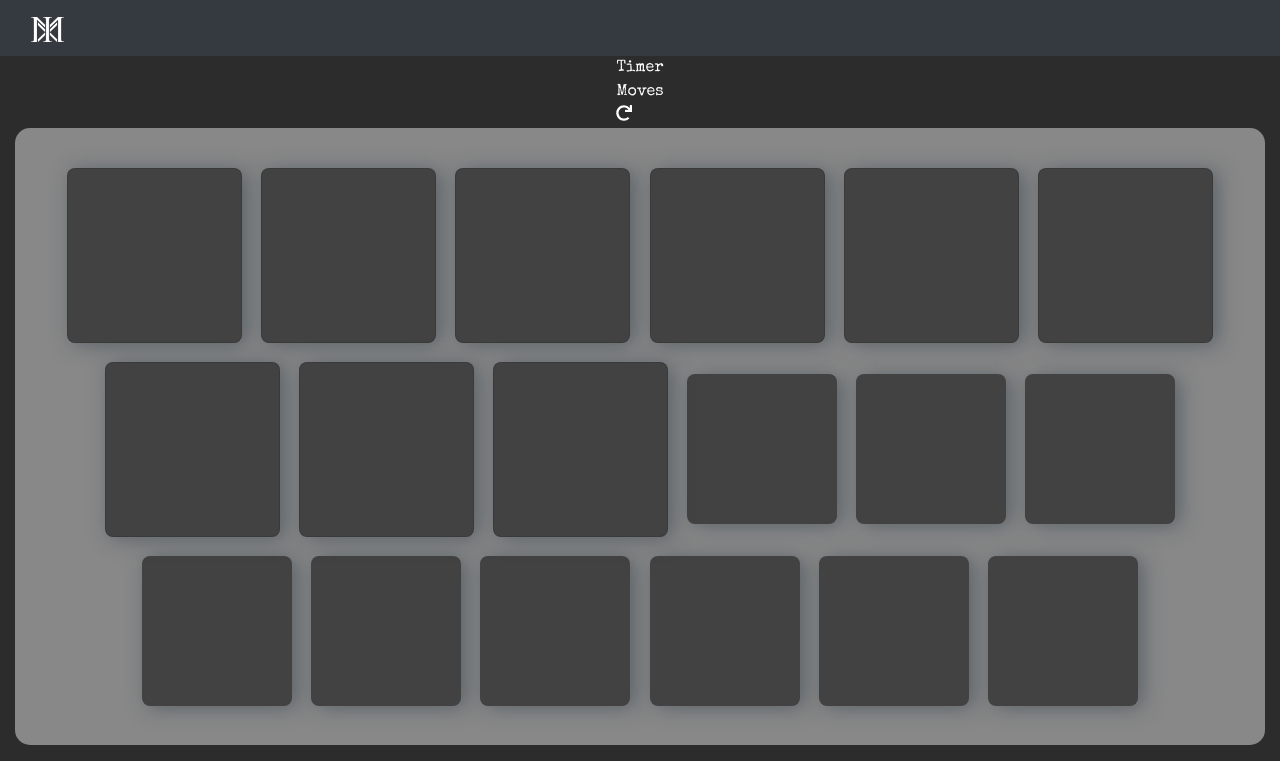
Repository: Code-Institute-Submissions/Milestone-25
Page: game.html
The author's editor kept a record of every edit. The page is drawn from the files as they stood at one moment, then again after the next edit.
The browser window is 1280 px wide. The pictures show the whole page.
Some web libraries are served in a nearby version.

Above is the page before.

### game.html
<!DOCTYPE html>
<html lang="en">

<head>
  <meta charset="UTF-8">
  <meta name="viewport" content="width=device-width, initial-scale=1">
  <meta http-equiv="X-UA-Compatible" content="ie=edge">
  <link rel="stylesheet" href="https://stackpath.bootstrapcdn.com/bootstrap/4.4.1/css/bootstrap.min.css" integrity="sha384-Vkoo8x4CGsO3+Hhxv8T/Q5PaXtkKtu6ug5TOeNV6gBiFeWPGFN9MuhOf23Q9Ifjh" crossorigin="anonymous">
  <script src="https://ajax.googleapis.com/ajax/libs/jquery/3.4.1/jquery.min.js"></script>
  <script src="https://maxcdn.bootstrapcdn.com/bootstrap/4.4.1/js/bootstrap.min.js"></script>
  <script src="https://use.fontawesome.com/releases/v5.12.0/js/all.js"></script>
  <link rel="stylesheet" href="assets/css/style.css" media="screen">
  <title>Memoryphile Home</title>
</head>

<body>
  <!--Navbar with option to return to homescreen-->
  <nav class="navbar navbar-expand-md navbar-dark bg-dark sticky-top">
    <div class="container-fluid">
      <a class="navbar-brand"><img src="./assets/images/logo.png" height="25" alt="Memoryphile Logo"></a>
    </div>
  </nav>
</body>

<!--Unordered list to form the grid for matching deck-->
<div class="container padding game-container">
  <!-- section for timer and move counter and restart -->
  <section class="requirements">
    <div class="timer">Timer</div>
    <div class="moves">Moves</div>
    <div class="restart"><i class="fas fa-redo"></i></div>
  </section>

  <ul class="gamedeck">
    <!--Original Cards-->
    <li class="card" type="bomb">
      <i class="fas fa-bomb"></i>
    </li>
    <li class="card" type="biohazard">
      <i class="fas fa-biohazard"></i>
    </li>
    <li class="card" type="secret">
      <i class="fas fa-user-secret"></i>
    </li>
    <li class="card" type="question">
      <i class="fas fa-question-circle"></i>
    </li>
    <li class="card" type="search">
      <i class="fas fa-search"></i>
    </li>
    <li class="card" type="skull">
      <i class="fas fa-skull"></i>
    </li>
    <li class="card" type="building">
      <i class="fas fa-landmark"></i>
    </li>
    <li class="card" type="jet">
      <i class="fas fa-fighter-jet"></i>
    </li>
    <li class="card" type="binocular">
      <i class="fas fa-binoculars"></i>
    </li>

    <!--Matching Cards-->

    <li class="matchedcard" type="bomb">
      <i class="fas fa-bomb"></i>
    </li>
    <li class="matchedcard" type="biohazard">
      <i class="fas fa-biohazard"></i>
    </li>
    <li class="matchedcard" type="secret">
      <i class="fas fa-user-secret"></i>
    </li>
    <li class="matchedcard" type="question">
      <i class="fas fa-question-circle"></i>
    </li>
    <li class="matchedcard" type="search">
      <i class="fas fa-search"></i>
    </li>
    <li class="matchedcard" type="skull">
      <i class="fas fa-skull"></i>
    </li>
    <li class="matchedcard" type="building">
      <i class="fas fa-landmark"></i>
    </li>
    <li class="matchedcard" type="jet">
      <i class="fas fa-fighter-jet"></i>
    </li>
    <li class="matchedcard" type="binocular">
      <i class="fas fa-binoculars"></i>
    </li>
  </ul>


</div>



<script type="text/javascript" src="./assets/js/main.js"></script>
</body>

</html>

### assets/css/style.css
@import url('https://fonts.googleapis.com/css?family=Homemade+Apple|Special+Elite&display=swap');

/* ==============STYLING==============*/

/*--------HTML, BODY Styling-----*/

html,
body {
  height: 100%;
  width: 100%;
  font-family: 'Special Elite', sans-serif;
  color: #fff;
  background-color: #2c2c2d;
  box-sizing: border-box;
}

/*------------BUTTON STYLING--------*/

.btn-secondary {
    background-color: #c30e0e;
    border-color: #c30e0e;
    margin-top: 10%;
    margin-bottom: 10%;
    font-size: 350%;
    padding-top: 1.5%;

}


/*------------Instructions STYLING--------*/

.instructions {
  font-size: 150%;
  display: inline-block;
  margin-left: 6%;
  margin-right: 6%;
}


/*--------------GAME.html styling---------*/

.game-container {
    display: flex;
    justify-content: center;
    align-items: center;
    flex-direction: column;
}


/*------------REQUIRMENTS Styling--------*/


/*
 * Styles for the deck of cards
 */

.gamedeck {
  width: 1250px;
  min-height: 600px;
  background: #888888;
  border-radius: 15px;
  padding: 30px;
/* Flexbox */
  display: flex;
  flex-wrap: wrap;
  justify-content: center;
  align-items: center;
}

.gamedeck .card {
  height: 175px;
  width: 175px;
  background: #424242;
  font-size: 0;
  color: #ffffff;
  border-radius: 8px;
  cursor: pointer;
  display: flex;
  justify-content: center;
  align-items: center;
  box-shadow: 5px 2px 20px 0 rgba(46, 61, 73, 0.5);
  margin: 0.8%;
}


.gamedeck .card .matchedcard {
  cursor: default;
  background: #02ccba;
  font-size: 33px;
}

.matchedcard {
  height: 150px;
  width: 150px;
  background: #424242;
  font-size: 0;
  color: #ffffff;
  border-radius: 8px;
  cursor: pointer;
  display: flex;
  justify-content: center;
  align-items: center;
  box-shadow: 5px 2px 20px 0 rgba(46, 61, 73, 0.5);
  margin: 0.8%;
}

### assets/js/main.js
//on page open, timer counts from 90 secs down

//on page open, or on restart, cards are reshuffled

//on reset, cards shuffled, reset game board, reset timer

//if timer = 0, game over

// on click, moves increases by 1

// if moves > 40, game over

//on restart, pasue game and timer and ask for confirmation
    //if confirmation = true page refreshes and timer + cards all reset
    //if confirmation = false, game and timer resumes


// on click:
    //if no other card active, flip card and set to active
    //if other card active, compare img of both active cards
        //if img match, match counter increase by one
        //on no match, both cards return to rest state

//(no. of cards = 18)

//if match counter = 9, player wins.

//if match counter = 9, timer stops

//score? = at win, total moves and total time remaining

//set keyboard (p)ause and (esc)ape actions

//if player wins, produce success message (and rating out of three?)

//if player loses (out of time, or exceeds moves), produce loss message

After the next edit:
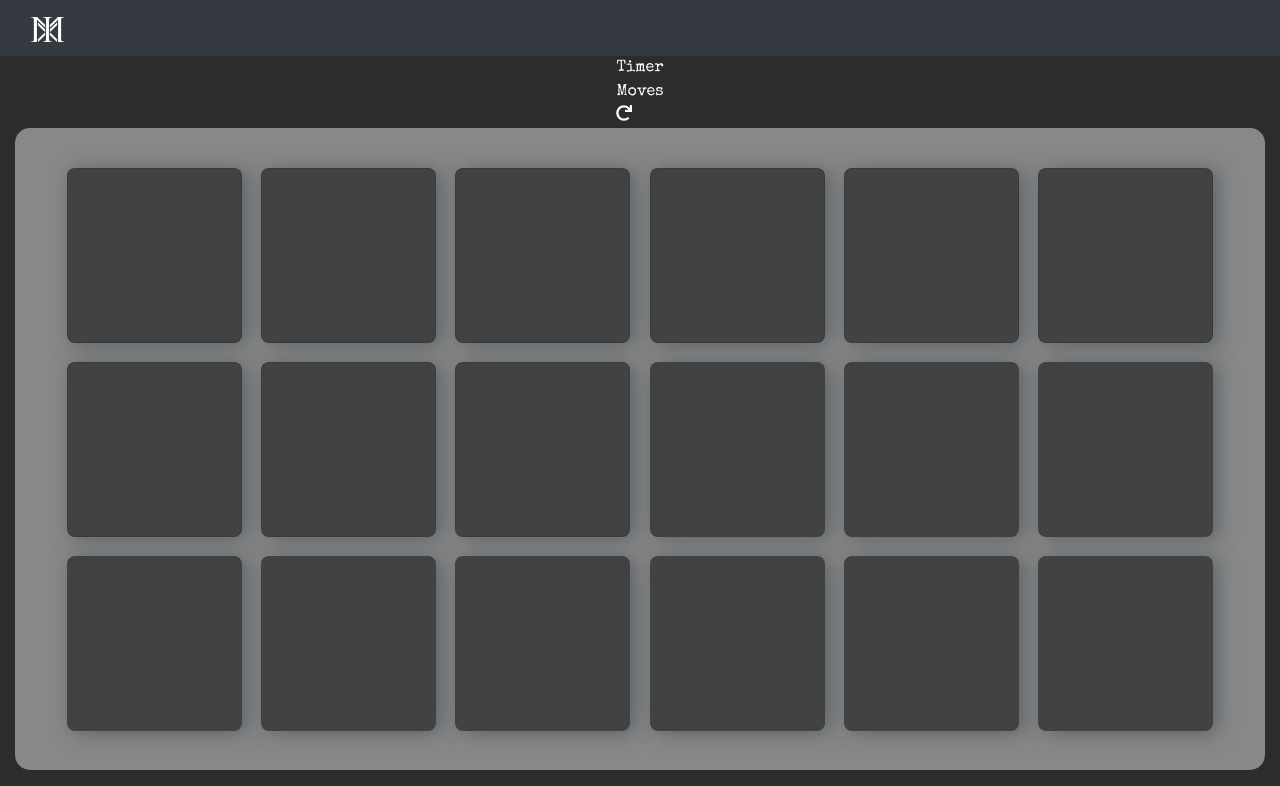
The edit:
--- a/assets/css/style.css
+++ b/assets/css/style.css
@@ -90,8 +90,8 @@
 }
 
 .matchedcard {
-  height: 150px;
-  width: 150px;
+  height: 175px;
+  width: 175px;
   background: #424242;
   font-size: 0;
   color: #ffffff;
